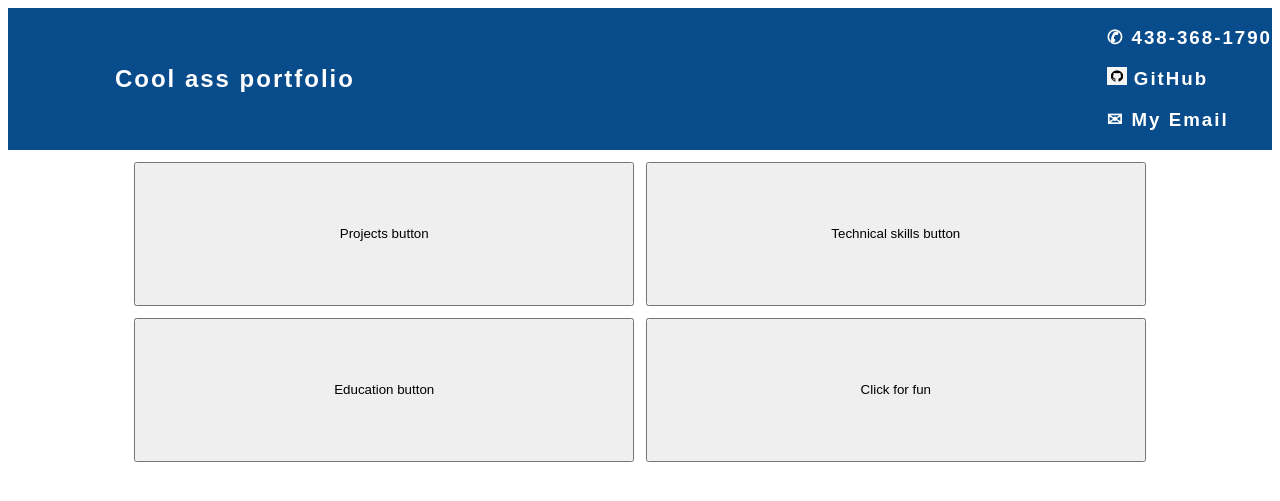
Repository: zackaroo20/zackaroo20
Page: index.html
An editor plug-in stored every save of this project. The page is shown before and after the next save, followed by the edit.
The browser window is 1280 px wide. The pictures show the whole page.

Above is the page before, as saved 2026-05-12 13:33:11.

### index.html
<!doctype html>
<html lang="en">
  <head>
    <meta charset="UTF-8" />
    <meta name="viewport" content="width=device-width, initial-scale=1.0" />
    <title>Document</title>
    <link rel="stylesheet" href="./styles/index.css" />
  </head>
  <header>
        <section id="cap">
            <h1 >Cool ass portfolio</h1>
        </section>
        <aside>
            <h3> ✆ 438-368-1790</h3>
            <h3><a href="https://github.com/zackaroo20"><img src="/assets/specs/GHicon.png  " alt="git hub logo"> GitHub</a></h3>
            <h3><a href="emailto:tomjerrysc@gmail.com"><p class = longemail>✉ My Email</p></a></h3>



        </aside>

    </header>
    <body>
      <section>
        <button><a></a>Projects button</button>
        <button><a></a>Technical skills button </button>
        <button><a></a>Education button</button>
        <button><a></a>Click for fun</button>


      </section>




    </body>
  <body>
    <!-- TODO -->
  </body>
</html>

### styles/index.css
@page {
  size: A4;
  margin: 1cm;
}
@media screen and (min-width: 900px) {
 section,head {
 /* custom styles */
    min-width: 70%;
    max-width: 80%;
    margin: 0 auto;
 }
}

header {
  font-family: Arial, Helvetica, sans-serif;
  letter-spacing: 2px;
  background-color: #084c8b;
  color: white;
  display: flex;
  justify-content: space-between;
  align-items: center;
  margin-bottom: 12px;
}
#cap {
  display: flex;

  align-items: center;
  margin-left: 12px b;
}

section {
  display: grid;
  grid-template-columns: repeat(2, 1fr);
  gap: 12px;
}
img {
  background-color: transparent;

  width: 20px;
  height: 18px;
}
h3 a {
  text-decoration: none;
  color: inherit;
}
button {
  height: 20vh;
  width: 100%;
}

After the next save:
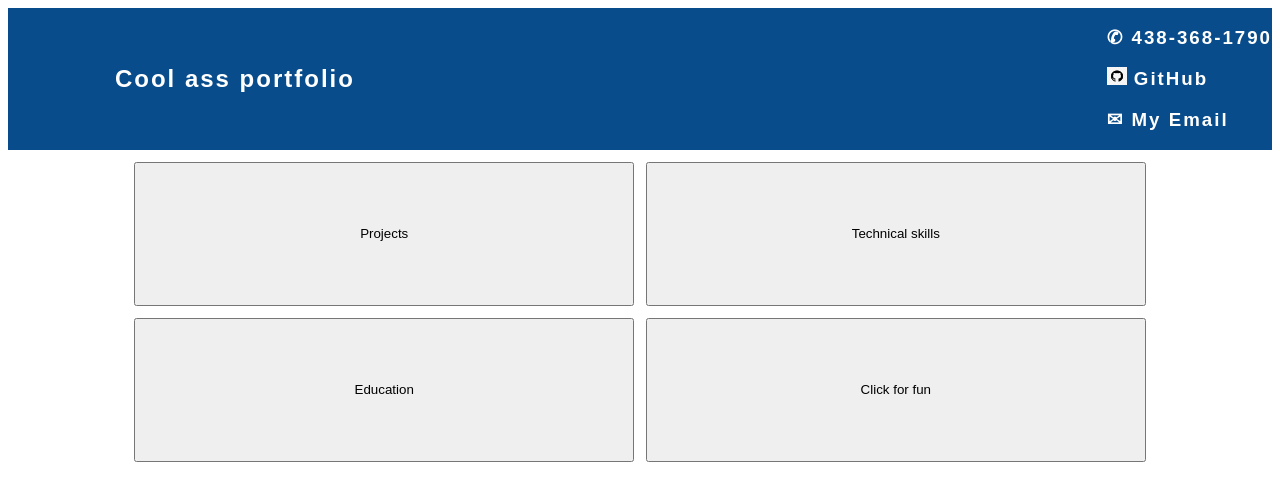
Saved 4 min 13 s later.
--- a/index.html
+++ b/index.html
@@ -22,10 +22,10 @@
     </header>
     <body>
       <section>
-        <button><a></a>Projects button</button>
-        <button><a></a>Technical skills button </button>
-        <button><a></a>Education button</button>
-        <button><a></a>Click for fun</button>
+        <button><p>Projects</p></button>
+        <button><p>Technical skills</p></button>
+        <button><p>Education</p></button>
+        <button><p>Click for fun</p></button>
 
 
       </section>
